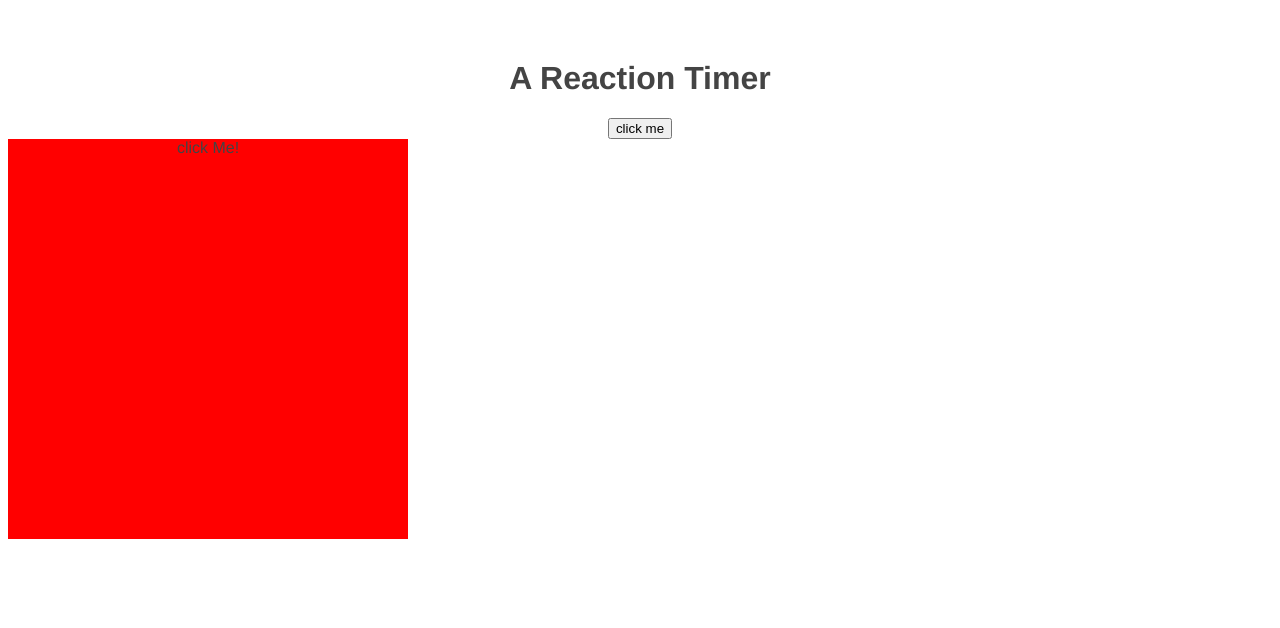
Repository: qudos4real/reaction-timer
Page: /, after clicking the first element matching `button`
An editor plug-in stored every save of this project. The page is shown before and after the next save, followed by the edit.
The browser window is 1280 px wide. The pictures show the whole page.
The project was rebuilt for these pictures with package versions that can differ from the ones it lists, and the page was loaded fresh each time. Also part of the build but not shown: vue.config.js.

Above is the page before, as saved 2022-12-27 22:33:31.

After the next save:
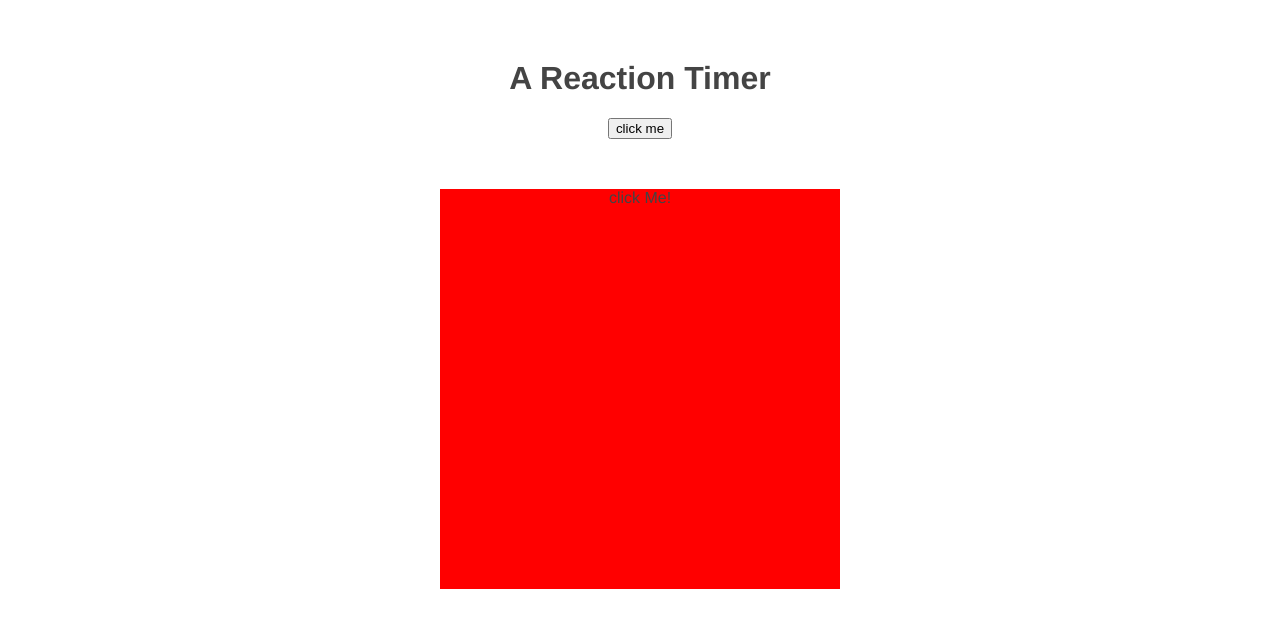
Saved 4 s later.
--- a/src/components/Block.vue
+++ b/src/components/Block.vue
@@ -15,7 +15,7 @@ export default {
     width: 400px;
     height: 400px;
     text-align: center;
-    margin: 590 auto;
+    margin: 50px auto;
     background-color: red;
 }
 </style>
